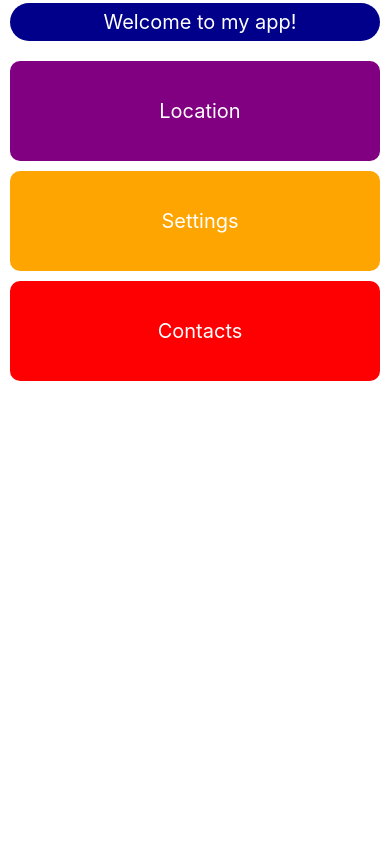
Repository: amirjavadikia/mobile-projectg
Screen: /
An editor plug-in stored every save of this project. The screen is shown before and after the next save, followed by the edit.
The app was drawn by React Native's web renderer in a window 390 px wide. The project was rebuilt for these pictures with package versions that can differ from the ones it lists, and the page was loaded fresh each time.

Above is the screen before, as saved 2024-04-24 21:07:03.

After the next save:
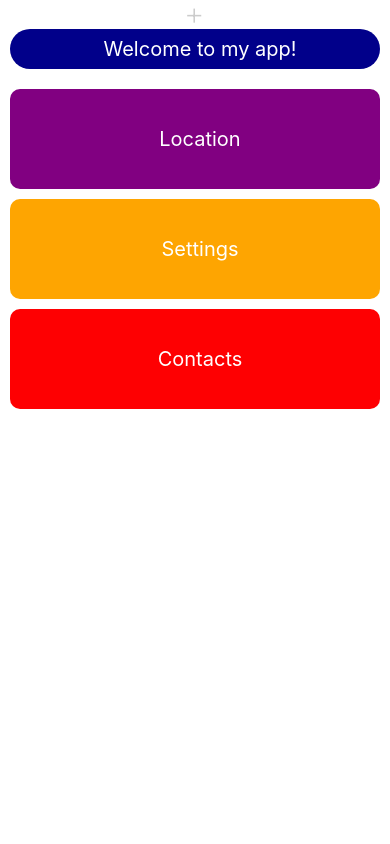
Saved 23 s later.
--- a/App.tsx
+++ b/App.tsx
@@ -5,7 +5,11 @@ import Icon from "react-native-vector-icons/Ionicons";
 const MainPage = () => {
   return (
     <View style={styles.container}>
-
+      <Icon
+  name="ios-add"
+  color="#ccc"
+  size={25}
+/>
       <View style={[styles.blueBackground]}>
         <Text style={styles.text}>Welcome to my app!</Text>
       </View>
